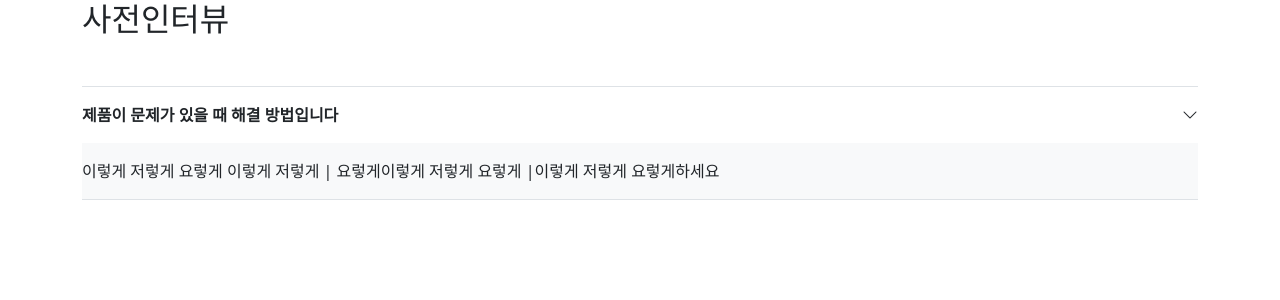
Repository: shin-eekk/js_study
Page: faq.html
An editor plug-in stored every save of this project. The page is shown before and after a run of saves, followed by the edit.
The browser window is 1280 px wide. The pictures show the whole page.
The style sheet was rebuilt from its Sass, Less or Tailwind sources for each picture, by a compiler version that may differ from the author's.

Above is the page before, as saved 2025-03-12 10:46:58.

### faq.html
<!DOCTYPE html>
<html lang="en">
<head>
    <meta charset="UTF-8">
    <meta name="viewport" content="width=device-width, initial-scale=1.0">
    <title>Document</title>
    <link rel="stylesheet" href="https://cdn.jsdelivr.net/npm/reset-css@5.0.2/reset.min.css">
    <link href="https://cdn.jsdelivr.net/npm/bootstrap@5.3.3/dist/css/bootstrap.min.css" rel="stylesheet" integrity="sha384-QWTKZyjpPEjISv5WaRU9OFeRpok6YctnYmDr5pNlyT2bRjXh0JMhjY6hW+ALEwIH" crossorigin="anonymous">
    <link rel="stylesheet" href="https://cdn.jsdelivr.net/npm/bootstrap-icons@1.11.3/font/bootstrap-icons.min.css">
    <link rel="stylesheet" href="./scss/faq.min.css">
    <script src="./js/faq.js"></script>
</head>
<body>
    <section id="faq" class="section">
        <div class="container d-flex gap-5 flex-column justify-content-center">
            <h2>사전인터뷰</h2>
            <dl>
                <!-- <dt class="border-top py-3 d-flex justify-content-between">
                    <strong>타이틀</strong>
                    <i class="bi bi-chevron-down"></i>
                </dt>
                <dd class="border-bottom py-3 bg-light">내용</dd> -->
            </dl>

        </div>
    </section>
</body>
</html>

### js/faq.js
window.addEventListener("DOMContentLoaded",()=>{
    const faq = [
        {
        dt: "제품이 문제가 있을 때 해결 방법입니다",
        dd: "이렇게 저렇게 요렇게 이렇게 저렇게 | 요렇게이렇게 저렇게 요렇게 |이렇게 저렇게 요렇게하세요"
        },
        {
        dt: "배송에 문제가 생겼어요",
        dd: "이렇게 저렇게 요렇게 이렇게 저렇게 | 요렇게이렇게 저렇게 요렇게 |이렇게 저렇게 요렇게하세요"
        },
        {
        dt: "제품을 교환/환불하고 싶어요",
        dd: "이렇게 저렇게 요렇게 이렇게 저렇게 | 요렇게이렇게 저렇게 요렇게 |이렇게 저렇게 요렇게하세요"
        },
        {
        dt: "제품이 문제가 있을 때 해결 방법입니다",
        dd: "이렇게 저렇게 요렇게 이렇게 저렇게 | 요렇게이렇게 저렇게 요렇게 |이렇게 저렇게 요렇게하세요"
        },
        {
        dt: "제품이 문제가 있을 때 해결 방법입니다",
        dd: "이렇게 저렇게 요렇게 이렇게 저렇게 | 요렇게이렇게 저렇게 요렇게 |이렇게 저렇게 요렇게하세요"
        },
    ]
    let faqtag = `<dt class="border-top py-3 d-flex justify-content-between">
                    <strong>${faq[0].dt}</strong>
                    <i class="bi bi-chevron-down"></i>
                </dt>
                <dd class="border-bottom py-3 bg-light">${faq[0].dd}</dd>`;
    const faqdom = document.querySelector("#faq dl");
    faqdom.innerHTML = faqtag;
})

### scss/faq.scss
p, ul, li, dl, dt, dd, h1, h2, h3{
    margin: 0;
    padding: 0;
}

After the next 2 saves:
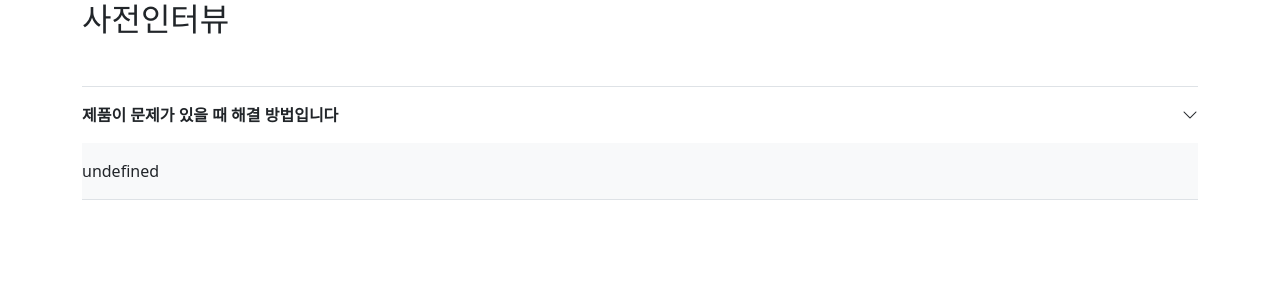
The 2 saves are shown as one change because they came seconds apart.
The last was saved 17 s later.
--- a/js/faq.js
+++ b/js/faq.js
@@ -25,7 +25,7 @@
                     <strong>${faq[0].dt}</strong>
                     <i class="bi bi-chevron-down"></i>
                 </dt>
-                <dd class="border-bottom py-3 bg-light">${faq[0].dd}</dd>`;
+                <dd class="border-bottom py-3 bg-light">${faq[0]["dd"].dd}</dd>`;
     const faqdom = document.querySelector("#faq dl");
     faqdom.innerHTML = faqtag;
 })

After the save that followed:
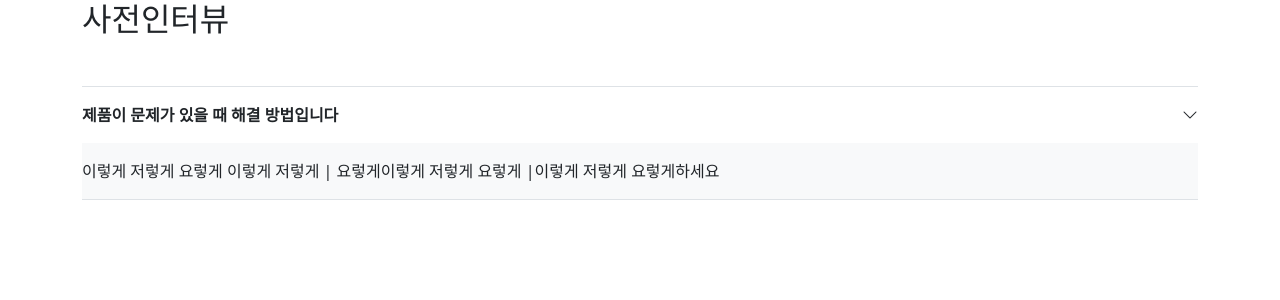
Saved 5 s later.
--- a/js/faq.js
+++ b/js/faq.js
@@ -25,7 +25,7 @@
                     <strong>${faq[0].dt}</strong>
                     <i class="bi bi-chevron-down"></i>
                 </dt>
-                <dd class="border-bottom py-3 bg-light">${faq[0]["dd"].dd}</dd>`;
+                <dd class="border-bottom py-3 bg-light">${faq[0]["dd"]}</dd>`;
     const faqdom = document.querySelector("#faq dl");
     faqdom.innerHTML = faqtag;
 })
